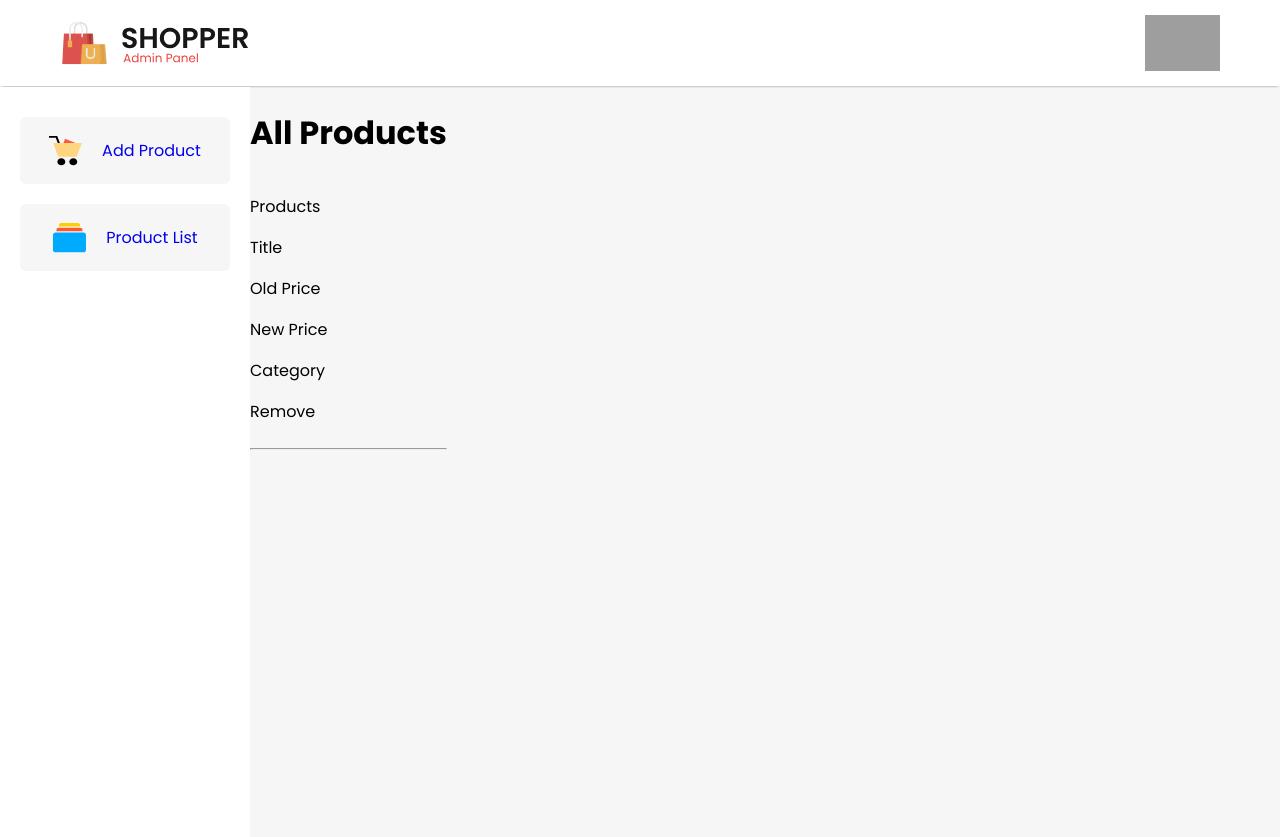
Repository: AiTrinh303/Simple-Shop
Page: /listproduct (app in admin/)
An editor plug-in stored every save of this project. The page is shown before and after a run of saves, followed by the edit.
The browser window is 1280 px wide. The pictures show the whole page.
Pictures or frames that could not be fetched are drawn as grey boxes. The page's requests for data from a server got no answer. The project was rebuilt for these pictures with package versions that can differ from the ones it lists, and the page was loaded fresh each time. No one was signed in, and anything a server would have sent is missing. Also part of the build but not shown: admin/vite.config.js, admin/src/Components/AddProduct/AddProduct.css, admin/src/Components/AddProduct/AddProduct.jsx.

Above is the page before, as saved 2024-07-05 22:18:29.

### admin/index.html
<!doctype html>
<html lang="en">
  <head>
    <meta charset="UTF-8" />
    <link rel="icon" type="image/svg+xml" href="/vite.svg" />
    <meta name="viewport" content="width=device-width, initial-scale=1.0" />
    <link rel="preconnect" href="https://fonts.googleapis.com">
    <link rel="preconnect" href="https://fonts.gstatic.com" crossorigin>
    <link href="https://fonts.googleapis.com/css2?family=Poppins:ital,wght@0,100;0,200;0,300;0,400;0,500;0,600;0,700;0,800;0,900;1,100;1,200;1,300;1,400;1,500;1,600;1,700;1,800;1,900&display=swap" rel="stylesheet">
    <title>Admin Page</title>
  </head>
  <body>
    <div id="root"></div>
    <script type="module" src="/src/main.jsx"></script>
  </body>
</html>

### admin/src/main.jsx
import React from 'react'
import ReactDOM from 'react-dom/client'
import App from './App.jsx'
import './index.css'
import {BrowserRouter as Router} from 'react-router-dom'

ReactDOM.createRoot(document.getElementById('root')).render(
  <React.StrictMode>
    <Router>
        <App />
    </Router>
  </React.StrictMode>,
)

### admin/src/App.jsx
import Navbar from "./Components/Navbar/Navbar"
import Admin from "./Pages/Admin/Admin"



function App() {


  return (
    <div>
      <Navbar />
      <Admin />
    </div>
  )
}

export default App

### admin/src/index.css
body{
  margin: 0;
  font-family: 'Poppins';
  background-color: #f6f6f6;
  height: 100vh;
}

### admin/src/Components/Navbar/Navbar.jsx

import './Navbar.css'
import navlogo from '../../assets/nav-logo.svg'
import navProfile from '../../assets/nav-profile.svg'

const Navbar = () => {
  return (
    <div className='navbar'>
      <img src={navlogo} alt="logo" className="nav-logo" />
      <img src={navProfile} alt="" className="nav-profile"/>
    </div>
  )
}

export default Navbar

### admin/src/Pages/Admin/Admin.jsx

import './Admin.css'
import Sidebar from '../../Components/Sidebar/Sidebar'
import {Routes, Route} from 'react-router-dom'
import AddProduct from '../../Components/AddProduct/AddProduct'
import ListProduct from '../../Components/ListProduct/ListProduct'

const Admin = () => {
  return (
    <div className='admin'>
      <Sidebar />
      <Routes>
        <Route path='/addproduct' element={<AddProduct />} />
        <Route path='/listproduct' element={<ListProduct />} />
      </Routes>
    </div>
  )
}

export default Admin

### admin/src/Components/Navbar/Navbar.css
.navbar{
    display: flex;
    align-items: center;
    justify-content: space-between;
    padding: 15px 60px;
    box-shadow: 0 1px 3px -2px #000;
    margin-bottom: 1px;
    background: white;

}
.nav-logo {
    width:200px;
}

.nav-profile{
    width: 75px;
}

@media(max-width: 800px){
    .navbar{
        padding: 15px 30px;
    }
    .nav-logo {
        width:150px;
    }
    .nav-profile{
        width: 60px;
    }
}

### admin/src/Pages/Admin/Admin.css
.admin {
    display: flex;
}

@media (max-width: 800px) {
    .admin {
        flex-direction: column;
    }
}

### admin/src/Components/Sidebar/Sidebar.jsx

import './Sidebar.css'
import { Link } from 'react-router-dom'
import add_product_icon from '../../assets/Product_Cart.svg'
import list_product_icon from '../../assets/Product_list_icon.svg'

const Sidebar = () => {
  return (
    <div className='sidebar'>
      <Link to={'/addproduct'} style = {{textDecoration: "none"}}>
        <div className='sidebarItem'>
            <img src={add_product_icon} alt="" />
            <p>Add Product</p>
        </div>
      </Link>

      <Link to={'/listproduct'} style = {{textDecoration: "none"}}>
        <div className='sidebarItem'>
            <img src={list_product_icon} alt="" />
            <p>Product List</p>
        </div>
      </Link>
    </div>
  )
}

export default Sidebar

### admin/src/Components/ListProduct/ListProduct.jsx
import React, {useEffect, useState} from 'react'
import './ListProduct.css'
import cross_icon from '../../assets/cross_icon.png'

const ListProduct = () => {

  const [allproducts, setAllProducts] = useState([])

  const fetchInfo = async () => {
    await fetch('http://localhost:4000/allproducts')
    .then(response => response.json())
    .then(data => {setAllProducts(data)})
  }

  useEffect(() => {
    fetchInfo()
  }, [])

  return (
    <div className='list-product'>
      <h1>All Products</h1>
      <div className="listproduct-format-main">
        <p>Products</p>
        <p>Title</p>
        <p>Old Price</p>
        <p>New Price</p>
        <p>Category</p>
        <p>Remove</p>
      </div>
      <div className="listproduct-allproducts">
        <hr />
        {allproducts.map((product, index) => {
          return (
            <div className="listproduct-format-main listproduct-format" key={index}>
              <img src={product.image} alt="product" />
              <p>{product.name}</p>
              <p>${product.old_price}</p>
              <p>${product.new_price}</p>
              <p>{product.category}</p>
              <img className='listproduct-remove-icon' src={cross_icon} alt="cross" />
            </div>
          )
        })}
      </div>
    </div>
  )
}

export default ListProduct

### admin/src/Components/Sidebar/Sidebar.css
.sidebar{
    display: flex;
    flex-direction: column;
    padding-top: 30px;
    gap: 20px;
    width: 100%;
    max-width: 250px;
    height: 100vh;
    background: white;
}

.sidebarItem{
    display: flex;
    align-items: center;
    justify-content: center;
    margin: 0 20px;
    padding: 5px 10px;
    border-radius: 6px;
    cursor: pointer;
    background: #f6f6f6;
    gap: 20px;
}

@media(max-width: 800px){
    .sidebar{
        padding: 30px 0px;
        flex-direction: row;
        width: 100%;
        height: auto;
        max-width: none;
        justify-content: center;
    }
    .sidebarItem{
        margin: 0;
    }
}

### admin/src/Components/ListProduct/ListProduct.css
.list-product {
    display: flex;
    flex-direction: column
}

After the next 4 saves:
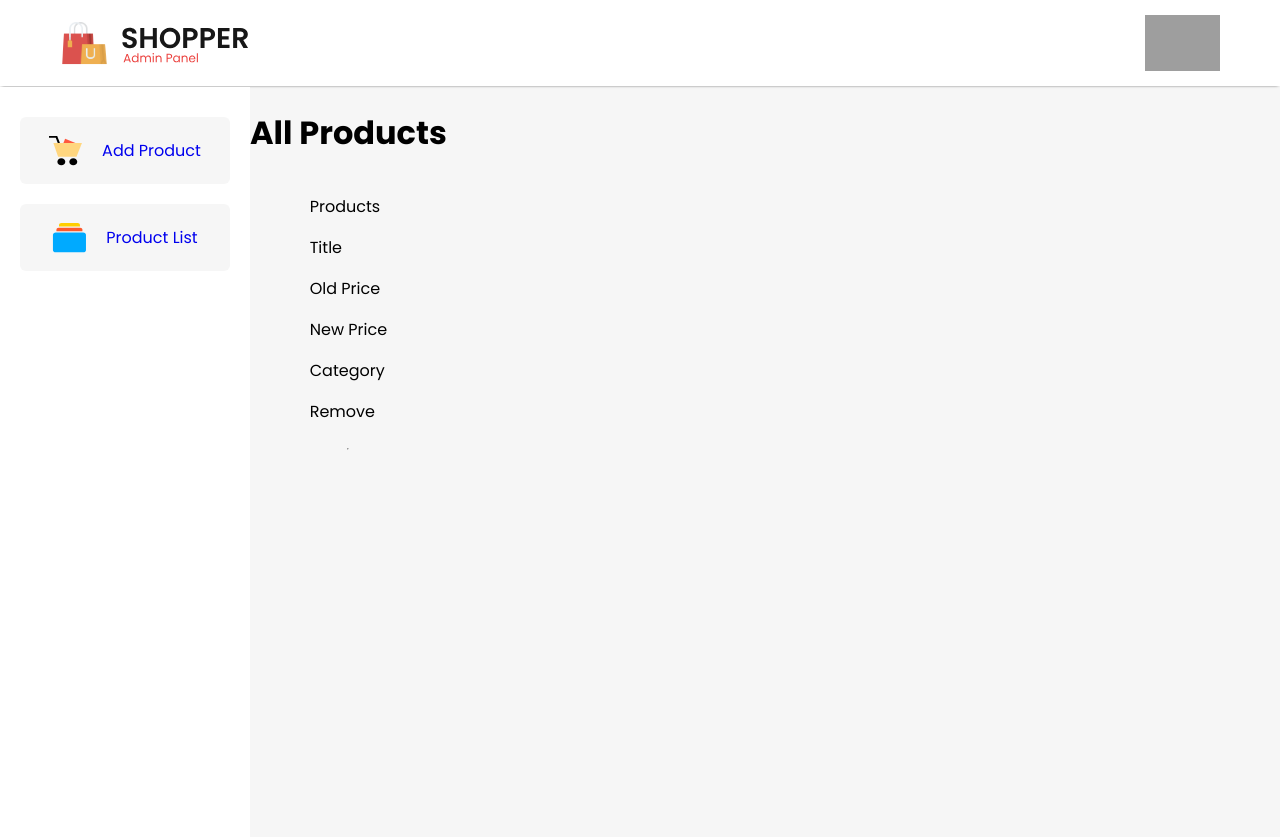
The 4 saves are shown as one change because they came seconds apart.
The last was saved 11 s later.
--- a/admin/src/Components/ListProduct/ListProduct.css
+++ b/admin/src/Components/ListProduct/ListProduct.css
@@ -1,4 +1,6 @@
 .list-product {
     display: flex;
-    flex-direction: column
+    flex-direction: column;
+    align-items: center;
+
 }
